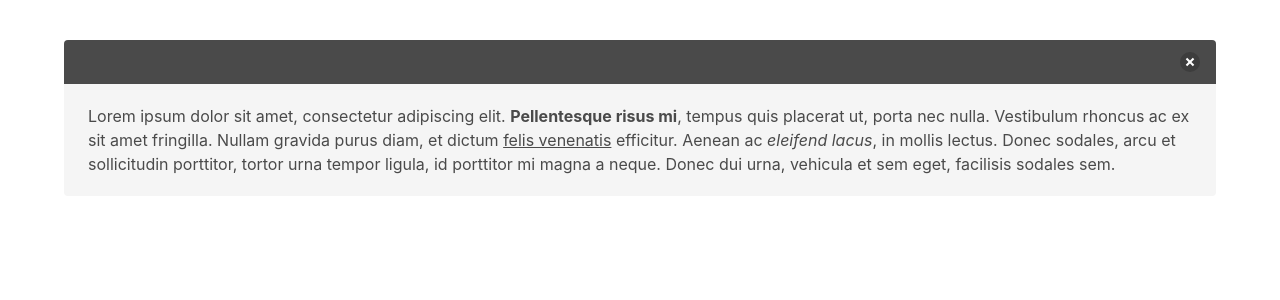
Repository: shvansheikha/Vue-Test
Page: index.html
The author's editor kept a copy of each file at every save. The page is drawn from the files as they stood at one save, then again after the next save.
The browser window is 1280 px wide. The pictures show the whole page.

Above is the page before, as saved 2020-04-02 22:16:35.

### index.html
<!DOCTYPE html>
<html lang="en">

<head>
    <meta charset="UTF-8">
    <meta name="viewport" content="width=device-width, initial-scale=1.0">
    <title>Document</title>
    <link rel="stylesheet" href="bulma.min.css">
    <script defer src="all.js"></script>

    <style type="text/css">
        body{padding-top: 40px;}
    </style>

</head>

<body>
    <div id="root" class="container">

        <message title="Hello World" body="Lorem ipsum dolor sit amet."></message>


    </div>


    <script src="https://cdn.jsdelivr.net/npm/vue/dist/vue.js"></script>
    <script src="main.js"></script>
</body>

</html>

### main.js
Vue.component('message', {
    template: `
    <article class="message">
            <div class="message-header">
                <p> {{title}} </p>
                <button class="delete" aria-label="delete"></button>
            </div>
            <div class="message-body">
                Lorem ipsum dolor sit amet, consectetur adipiscing elit. <strong>Pellentesque risus mi</strong>, tempus
                quis placerat ut, porta nec nulla. Vestibulum rhoncus ac ex sit amet fringilla. Nullam gravida purus
                diam, et dictum <a>felis venenatis</a> efficitur. Aenean ac <em>eleifend lacus</em>, in mollis lectus.
                Donec sodales, arcu et sollicitudin porttitor, tortor urna tempor ligula, id porttitor mi magna a neque.
                Donec dui urna, vehicula et sem eget, facilisis sodales sem.
            </div>
        </article>
    `
});


new Vue({
    el: '#root'
});

Loaded but not shown: bulma.min.css (library); all.js (library)

After the next save:
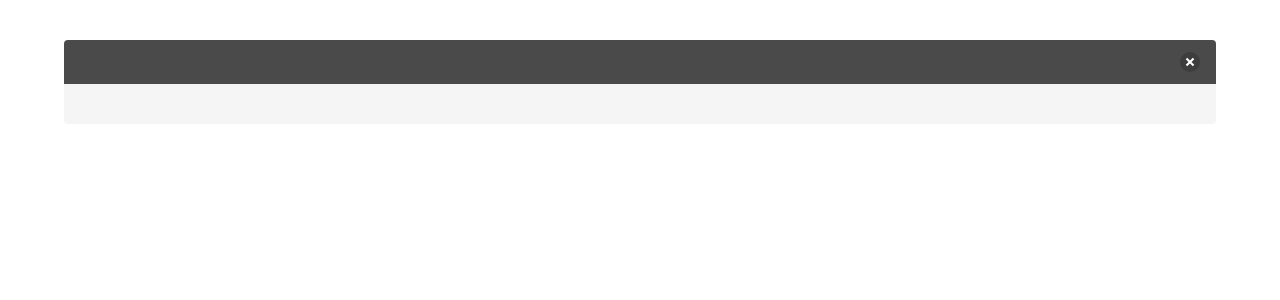
Saved 11 s later.
--- a/main.js
+++ b/main.js
@@ -6,11 +6,7 @@ Vue.component('message', {
                 <button class="delete" aria-label="delete"></button>
             </div>
             <div class="message-body">
-                Lorem ipsum dolor sit amet, consectetur adipiscing elit. <strong>Pellentesque risus mi</strong>, tempus
-                quis placerat ut, porta nec nulla. Vestibulum rhoncus ac ex sit amet fringilla. Nullam gravida purus
-                diam, et dictum <a>felis venenatis</a> efficitur. Aenean ac <em>eleifend lacus</em>, in mollis lectus.
-                Donec sodales, arcu et sollicitudin porttitor, tortor urna tempor ligula, id porttitor mi magna a neque.
-                Donec dui urna, vehicula et sem eget, facilisis sodales sem.
+               {{body}}
             </div>
         </article>
     `
